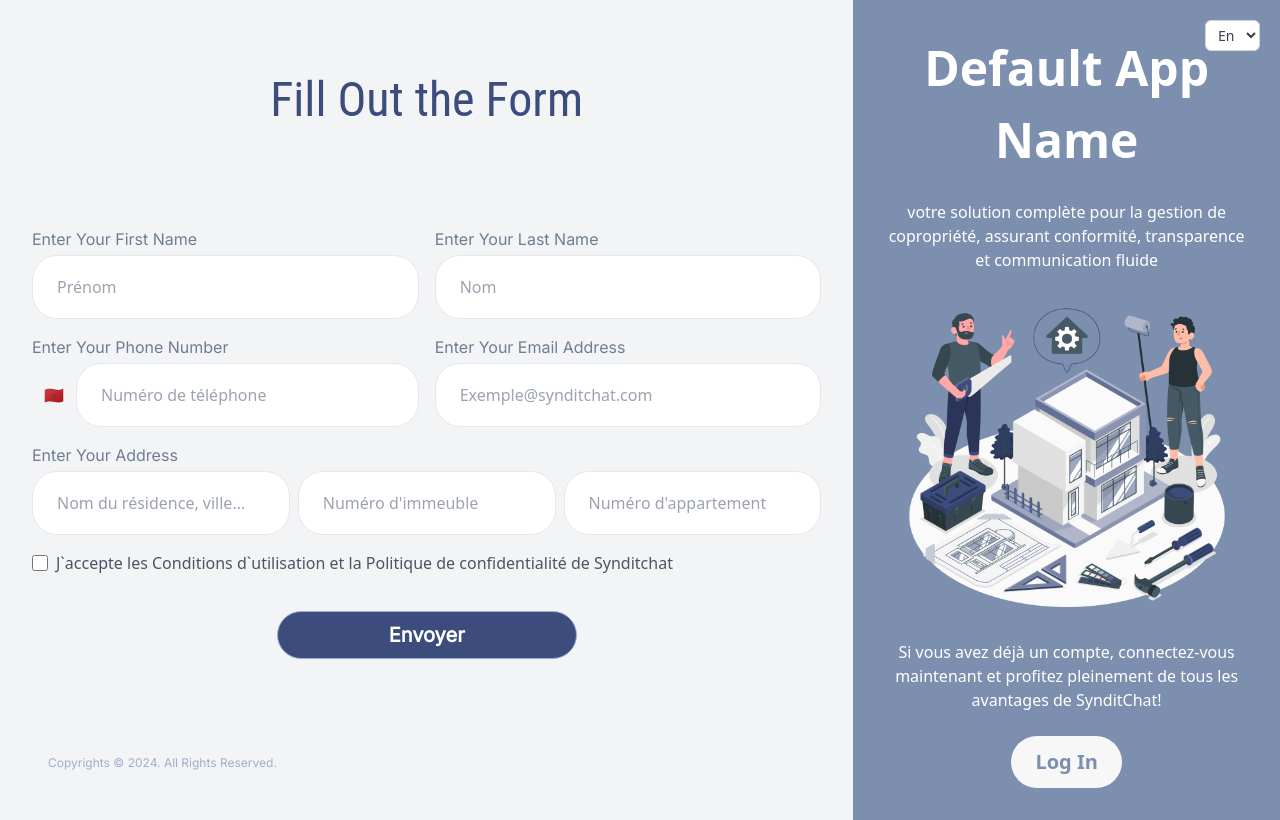
Repository: idir2023/Syndicat-amine
Page: http://localhost/inscription
These files come from the project's save history. The page is drawn as it stood at one moment and after the next save; the edit follows.
The browser window is 1280 px wide. The pictures show the whole page.
Some web libraries are served in a nearby version. The page is served by the project's Laravel application, run on PHP 8.4 with Laravel 12. Other server files are loaded and not shown. Queries for data that is not in the repository find no rows.

Above is the page before, as saved 2024-10-13 11:07:26.

### app/Providers/AppServiceProvider.php
<?php

namespace App\Providers;

use App\Models\Parameter;
use App\Models\Residence;
use Illuminate\Support\Facades\View;
use Illuminate\Support\ServiceProvider;
use Illuminate\Support\Facades\App;
use Illuminate\Support\Facades\Session;

class AppServiceProvider extends ServiceProvider
{
    /**
     * Register any application services.
     */
    public function register(): void
    {
        //
    }

    /**
     * Bootstrap any application services.
     */
    public function boot()
    {
        App::setLocale(Session::get('locale', config('app.locale')));

        // Retrieve the parameters from the database (you can limit to one or handle multiple rows)
        $parameters = Parameter::first();

        // Guard if there are no parameters
        if ($parameters) {
            // Share the parameters with all views if found
            View::share('appParameters', $parameters);
        } else {
            // Optionally, you can share default values if no parameters exist
            View::share('appParameters', (object)[
                'logo' => 'default-logo.png', // Default logo path
                'app_name' => 'Default App Name' // Default app name
            ]);
        }

    }
}

### app/Models/Parameter.php
<?php

namespace App\Models;

use Illuminate\Database\Eloquent\Factories\HasFactory;
use Illuminate\Database\Eloquent\Model;

class Parameter extends Model
{
    use HasFactory;

    protected $fillable = [
        'logo',
        'app_name',
        'copyright',
        'facebook_link',
        'twitter_link',
        'linkedin_link',
        'instagram_link',
    ];
}

### routes/web.php
<?php

use Illuminate\Support\Facades\Route;
use App\Http\Controllers\UserController;
use App\Http\Controllers\EventController;
use App\Http\Controllers\TchatController;
use App\Http\Controllers\InfocomController;
use App\Http\Controllers\ProfileController;
use App\Http\Controllers\ReglageController;
use App\Http\Controllers\DashbordController;
use App\Http\Controllers\DocumentController;
use App\Http\Controllers\CalendrieController;
use App\Http\Controllers\ResidenceController;
use App\Http\Controllers\InventaireController;
use App\Http\Controllers\InvitationController;
use App\Http\Controllers\RegelementController;
use App\Http\Controllers\CommentaireController;
use App\Http\Controllers\ReclamationController;
use App\Http\Controllers\FormRegisterController;
use App\Http\Controllers\GroupController;
use App\Http\Controllers\LocaleController;
use App\Http\Controllers\ParameterController;
use Illuminate\Support\Facades\Request;
use App\Http\Middleware\EnsureAuthenticated;

// });

// Route::get('/dashboard', function () {
//     return view('dashboard');
// })->name('dashboard');

Route::post('/parameter',[ParameterController::class,'updateParameters'])->name('parameters.upadate');


Route::get(
    '/index',
    [DashbordController::class, 'index']
)->name('index');

Route::post('/locale', LocaleController::class)->name('locale.change');

Route::get('/language-form', [LocaleController::class, 'showLanguageForm'])->name('locale.form');

Route::prefix('/dashboard')->group(function () {
    Route::get('/', [DashbordController::class, 'index'])->name('dashboard.index');
    Route::get('/{residence}', [DashbordController::class, 'getDashbord'])->name('dashboard.residence');
});

Route::prefix('/infocom')->group(function () {
    // Route to list all InfoComs
    Route::get('/', [InfocomController::class, 'index'])->name('infocom.index');
    // Route to store InfoCom (no need to prefix /infocom)
    Route::post('/store', [InfocomController::class, 'store'])->name('infocom.store');
    // Route to get InfoCom for a specific residence
    Route::get('/{residence}', [InfocomController::class, 'getInfocom'])->name('infocom.residence');
});

Route::get('/inscription', [FormRegisterController::class, 'index'])->name('formRegister');
Route::post('/inscription', [FormRegisterController::class, 'submit'])->name('formRegister');

Route::get('/tchat', [TchatController::class, 'index'])->name('tchat.index');


Route::prefix('/inventaire')->group(function () {
    Route::get('/', [InventaireController::class, 'index'])->name('inventaire.index');
    Route::post('/', action: [InventaireController::class, 'store'])->name('inventaire.store');
    Route::get('/{residence}', [InventaireController::class, 'getInventaire'])->name('inventaire.residence');
    Route::put('/update/{id}', [InventaireController::class, 'update'])->name('inventaire.update');
});

// Route::get('/reglages', [ReglageController::class, 'index'])->name('reglages.index');
Route::get('/reglages/{residence}', [ReglageController::class, 'show'])->name('reglages.show');
Route::delete('/deleteUser/{id}', [UserController::class, 'destroy'])->name('users.destroy');
Route::put('/updateUser/{id}', [UserController::class, 'update'])->name('user.update');




Route::get('/calendrie', [CalendrieController::class, 'index'])->name('calendrie.index');

// Route::get('/regelement', [ResidenceController::class, ''])->name('regelement.');
Route::get('/residence/{id}', [ResidenceController::class, 'fetchResidence'])->name('residence.fetch');
// active residence
Route::put('/residence/{id}/update-status', [ResidenceController::class, 'updateStatus'])->name('residence.update-status');


// Route::get('/regereclamationlement', [ResidenceController::class, ''])->name('regelement.');
Route::get('/residence/{id}', [ResidenceController::class, 'fetchResidence'])->name('residence.fetch');
Route::post('/residence/store', [ResidenceController::class, 'store'])->name('residence.store');

Route::get('/regelement', [ResidenceController::class, 'index'])->name('regelement.index');
Route::get('/regelement/{residence}', [ResidenceController::class, 'show'])->name('regelement.show');
Route::get('/regelement/{residence}/edit', [ResidenceController::class, 'edit'])->name('regelement.edit');
Route::post('/regelement/update/{id}', [ResidenceController::class, 'update'])->name('regelement.update');

// Route::resource('regelements', RegelementController::class);

// Register form
// Route::get('/inscription', [ResidenceController::class, 'show'])->name('formRegister');
Route::get('/inscription', [FormRegisterController::class, 'index'])->name('formRegister');
Route::post('/inscription', [FormRegisterController::class, 'submit'])->name('formRegister');

Route::post('/Admin/users/store', [InvitationController::class, 'store'])->name('Admin.users.store');
Route::get('/inscription-termine', [UserController::class, 'index'])->name('register.user');
Route::post('/inscription-termine', [UserController::class, 'store'])->name('register.user.store');


// ::::::::::::::::::::::::::::::::::::::::::::::::::::::::::::::::::::::::::::::::::::::::::::::::::::::::::::::


Route::get('/get-contacts', [UserController::class, 'getContacts']);
// Route for searching contacts
Route::get('/contacts/search', [UserController::class, 'searchContacts'])->name('contacts.search');

Route::get('/contacts/get-group', [UserController::class, 'getGroup'])->name('getGroup');
Route::post('/create-group', [GroupController::class, 'createGroup'])->name('chatify.createGroup');
Route::post('/send-group-message', [GroupController::class, 'sendGroupMessage'])->name('chatify.sendGroupMessage');
Route::post('/get-group-users', [GroupController::class, 'getGroups'])->name('chatify.getGroups');

// :::::::::::::::::::::::::::::::::::::::::::::::::::::::::::::::::::::::::::::::::::::::::::::::::::::::::::::::::

Route::group(['prefix' => '/calendar'], function () {
    Route::get('/', [CalendrieController::class, 'index'])->name('events.index');
    Route::get('/{residence}', [CalendrieController::class, 'show'])->name('events.index');
    Route::post('/store', [CalendrieController::class, 'store'])->name('events.store');
    // Fetch events by date
    Route::post('/fetch-by-date', [CalendrieController::class, 'fetchEventsByDate'])->name('events.fetchByDate');

    // Route::get('/{event}', [CalendrieController::class, 'show'])->name('events.show');
    Route::put('/edit', [CalendrieController::class, 'update'])->name('events.update');
    Route::delete('/{event}', [CalendrieController::class, 'destroy'])->name('events.destroy');

    // Additional routes for specific functionalities can be added here
    // For example, add a route for comments on events
    // Route::post('/comment', [CommentController::class, 'store'])->name('comments.store');
});


// Route::resource('regelements', RegelementController::class);


Route::group(['prefix' => '/reclamation'], function () {
    Route::get('', [ReclamationController::class, 'index'])->name('reclamations');
    Route::post('', [ReclamationController::class, 'store'])->name('reclamations.store');
    Route::get('/{residence}', [ReclamationController::class, 'getReclamations'])->name('reclamations.residence');
    //add comment
    Route::post('/commentaire', [CommentaireController::class, 'store'])->name('commentaires.store');
});

Route::group(['prefix' => '/document'], function () {
    Route::get('', [DocumentController::class, 'index'])->name('document.index');
    Route::post('', [DocumentController::class, 'store'])->name('document.store');
    Route::get('/{residence}', [DocumentController::class, 'getDocument'])->name('document.residence');
    Route::post('', [DocumentController::class, 'store'])->name('document.store');

    Route::get('type/{type}/{residence}', [DocumentController::class, 'show_type'])->name('document.type');
});



Route::middleware('auth')->group(function () {
    Route::get('/profile', [ProfileController::class, 'edit'])->name('profile.edit');
    Route::patch('/profile', [ProfileController::class, 'update'])->name('profile.update');
    Route::delete('/profile', [ProfileController::class, 'destroy'])->name('profile.destroy');
});

require __DIR__ . '/auth.php';

### app/Http/Controllers/LocaleController.php
<?php

namespace App\Http\Controllers;

use Illuminate\Http\Request;
use Illuminate\Support\Facades\App;
use Illuminate\Support\Facades\Session;
use Illuminate\Support\Facades\File;

class LocaleController extends Controller
{
    public function __invoke(Request $request)
    {
        $locale = $request->input('locale');

        if (in_array($locale, ['en', 'ar', 'fr', 'es', 'de', 'it'])) {
            Session::put('locale', $locale);
            App::setLocale($locale);
        }

        return redirect()->back();
    }
    public function change(Request $request)
    {
        $locale = $request->input('locale');

        // Store the selected locale in the session
        Session::put('locale', $locale);

        // Change the application locale
        App::setLocale($locale);

        // Redirect back to the previous page or a specific route
        return redirect()->back();
    }




}

### app/Http/Controllers/FormRegisterController.php
<?php

namespace App\Http\Controllers;

use App\Mail\FormSubmissionMail;
use App\Models\User;
use Illuminate\Http\Request;
use Illuminate\Support\Facades\Mail;

class FormRegisterController extends Controller
{
    public function index()
    {
        return view('auth.formRegister.formRegister');
    }
    public function submit(Request $request)
    {
        $data = $request->validate([
            'first_name' => 'required|string|max:255',
            'last_name' => 'required|string|max:255',
            'phone' => 'required|string|max:15',
            'email' => 'required|email|max:255',
            'address' => 'required|string|max:255',
            'building_number' => 'nullable|string|max:50',
            'apartment_number' => 'nullable|string|max:50',
            'terms' => 'required|accepted',
        ]);

        // // Retrieve the email address of the first Super Admin
        // $Super AdminEmail = User::role('Super Admin')->pluck('email')->first();

        // // Retrieve the email addresses of all Admins
        // $AdminEmails = User::role('Admin')->pluck('email')->toArray();

        // // Combine the Super Admin email with the Admin emails
        // $recipients = array_merge([$Super AdminEmail], $AdminEmails);
        // // dd($recipients);

        // // Send the email to multiple recipients
        // Mail::to($recipients)->send(new FormSubmissionMail($data));

        // Send the email
        Mail::to('izamine2000@gmail.com')->send(new FormSubmissionMail($data));

        // Redirect or return response
        return back()->with('success', 'Form submitted successfully!');
    }
}

### resources/lang/en.json
{
    "Objet de votre déclaration": "Subject of your declaration",
    "Envoyer": "Send",
    "Ajouter Votre Déclaration": "Add Your Declaration",
    "Choisissez Type de Déclaration": "Choose Declaration Type",
    "nuisance": "Nuisance",
    "sinistre": "Incident",
    "Entrez l’objet de votre déclaration": "Enter the subject of your declaration",
    "Entrez le lieu": "Enter the location",
    "Descrivez déclaration": "Describe your declaration",
    "Objet de votre déclaration": "Subject of your declaration",
    "Envoyer": "Send",
    "Ajouter Votre Déclaration": "Add Your Declaration",
    "Descrivez déclaration": "Describe your declaration",
    "Entrez le lieu": "Enter the location",
    "Sinistre & Nuisance": "Sinistre & Nuisance",
    "Entrez l’objet de votre déclaration": "Enter the subject of your declaration",
    "Objet de votre déclaration": "Subject of your declaration",
    "Centenu de votre déclaration": "Content of your declaration",
    "Exemple: Immeuble D": "Example: Building D",
    "Info’Com": "Info’Com",
    "Appartement": "Apartment",

    "Login": "Login",
    "Log Out": "Log Out",

    "name": "Name",
    "email": "Email",
    "password": "Password",
    "confirm_password": "Confirm Password",
    "remember_me": "Remember Me",
    "forgot_password": "Forgot Your Password?",
    "login": "Login",
    "register": "Register",
    "register_now": "Register Now",
    "logout": "Logout",
    "dashboard": "Dashboard",
    "home": "Home",
    "profile": "Profile",

    "Règlement": "Regulation",
    "Réglements": "Settings",
    "Sinistre & Nuisance": "Incident & Nuisance",
    "Mes_documents": "My Documents",
    "InfoCom": "InfoCom",
    "Tchat": "Chat",
    "Inventaire": "Inventory",
    "Calendrier": "Calendar",

    "Residence": "Residence",
    "Useful Contacts": "Useful Contacts",
    "Manager": "Manager",
    "Address": "Address",
    "Role": "Role",
    "Phone": "Phone",
    "No users found.": "No users found.",
    "Building": "Building",
    "Apartment": "Apartment",

    "Super Admin": "Super Administrator",
    "Admin": "Administrator",
    "Manager": "Manager",
    "Manager principal": "Senior Manager",
    "Propriétaire": "Owner",
    "Résident": "Résident",

    "Ajouter utilisateur": "Add User",
    "Ajouter Admin": "Add Admin",
    "Manager": "Manager",
    "ADRESSE": "Address",
    "TELEPHONE": "Phone",
    "ACTION": "Action",
    "Supprimer": "Delete",
    "Prénom": "First Name",
    "Immeuble": "Building",
    "Numéro de Téléphone": "Phone Number",
    "Save": "Save",
    "Profil": "My Profile",

    "Add Event": "Add Event +",
    "Add": "Add",
    "Add Event Title": "Add Event Title",
    "Enter Event": "Enter Event",
    "Start": "Start",
    "End": "End",
    "Add Note": "Add Note",

    "Filter": "Filter",
    "SelectRecipient": "Select Recipient",
    "EnterTitle": "Enter Title",
    "EnterDescription": "Enter Description",
    "ExampleTitle": "Example: Water outage scheduled on: 23/07/2024",
    "ExampleDescription": "Example: We invite all Résidents to take the necessary precautions...",

    "ReglementInterieurTitle": "Internal Rules of Residence :nomResidence",
    "EditButton": "Edit",

    "Ajouter un utilisateur": "Add a User",
    "Résidence": "Residence",
    "Role": "Role",
    "EnterUserEmail": "Enter User Email",
    "ExampleEmail": "Example@synditchat.com",
    "Jour_entier": "All Day",

    "ajouter_document": "Add Document",
    "Sélectionnez_document_type": "Select Document Type",
    "Compte rendu": "Report",
    "Facture et devis": "Invoice and Quotation",
    "Autres": "Others",
    "Entrez_le_titre": "Enter the Title",
    "Titre_du_document": "Document Title",
    "Importez_le_document": "Upload the Document",
    "Importer_votre_fichier": "Upload Your File",
    "Ajouter_un_commentaire": "Add a Comment",
    "Ajoutez_un_commentaire": "Add a Comment",
    "all_documents": "All Documents",
    "Active": "Activate",
    "Inactive": "Inactivate",
    "Ajouter Résidence": "Add Residence",
    "Saisir nom": "Enter Name",
    "Enregistrer": "Save",
    "Nom du résidence": "Residence Name",
    "Sinistres et Nuisances Déclarés au Sein de la Résidence": "Incidents & Nuisances Reported in the Residence",
    "Ajouter un commentaire": "Add a Comment",
    "Centenu de votre commentaire": "Comment Content",
    "Upload": "Upload",
    "Upload Language File": "Upload Language File",
    "Janvier": "January",
    "Février": "February",
    "Mars": "March",
    "Avril": "April",
    "Mai": "May",
    "Juin": "June",
    "Juillet": "July",
    "Août": "August",
    "Septembre": "September",
    "Octobre": "October",
    "Novembre": "November",
    "Décembre": "December",
    "Monday": "Monday",
    "Tuesday": "Tuesday",
    "Wednesday": "Wednesday",
    "Thursday": "Thursday",
    "Friday": "Friday",
    "Saturday": "Saturday",
    "Sunday": "Sunday",
    "Upload Language File": "Upload Language File",
    "Paramètres du site": "Site Parameters",
    "Entrez le nom du site": "Enter Site Name",
    "Entrez le nom du copyright": "Enter Copyright Name",
    "Télécharger le logo": "Upload Logo",
    "Lien Facebook": "Facebook Link",
    "Lien Twitter": "Twitter Link",
    "Lien LinkedIn": "LinkedIn Link",
    "Lien Instagram": "Instagram Link",
    "Télécharger le fichier JSON de langue": "Upload JSON lan",
    "Mettre à jour les paramètres": "Update parameter",
    "Caractéristiques du site": "Website Characteristics",
    "Ajouter un commentaire": "Add a Comment",
    "Contenu de votre commentaire": "Comment Content",
    "Télécharger": "Upload",
    "Télécharger le fichier de langue": "Upload Language File",
    "Filtrer": "Filter",
    "Options de Filtrage": "Filter Options",
    "Trier par Nom (A-Z)": "Sort by Name (A-Z)",
    "Trier par Nom (Z-A)": "Sort by Name (Z-A)",
    "Trier par Date (Plus récent)": "Sort by Date (Newest)",
    "Trier par Date (Plus ancien)": "Sort by Date (Oldest)",
    "Rechercher par nom": "Search by Name",
    "Rechercher par titre": "Search by title",
    "Rechercher": "Search",
    "Fermer": "Close",
    "Mettre à jour les paramètres": "Update Parameters",
    "Votre solution complète pour la gestion de copropriété, assurant conformité, transparence et communication fluide": "Your complete solution for property management, ensuring compliance, transparency, and smooth communication",
    "Si vous n'avez pas de compte, remplissez dès maintenant le formulaire d'inscription et simplifiez la gestion de votre copropriété": "If you don't have an account, fill out the registration form now and simplify the management of your property",
    "Remplir le formulaire": "Fill out the form",
    "Se Connecter": "Log In",
    "Entrez Votre E-mail": "Enter Your Email",
    "Entrez Votre Mot de passe": "Enter Your Password",
    "Restez connecté": "Stay connected",
    "Mot de passe oublié ?": "Forgot your password?",
    "Connexion": "Log In",
    "Erreur de connexion": "Login Error",
    "Votre compte résidence est actuellement inactif et vous ne pouvez pas vous connecter. Veuillez contacter le personnel de votre résidence pour plus d'informations.": "Your residence account is currently inactive, and you cannot log in. Please contact your residence staff for more information.",
    "Your complete solution for managing co-ownership, ensuring compliance, transparency, and smooth communication": "Your complete solution for managing co-ownership, ensuring compliance, transparency, and smooth communication",
    "If you don’t have an account, fill out the registration form now and simplify the management of your co-ownership": "If you don’t have an account, fill out the registration form now and simplify the management of your co-ownership",
    "Fill out the form": "Fill out the form",
    "Log in": "Log in",
    "Enter your email": "Enter your email",
    "Enter your password": "Enter your password",
    "Stay connected": "Stay connected",
    "Forgot your password?": "Forgot your password?",
    "Log in": "Log in",
    "Connection error": "Connection error",
    "Your residence account is currently inactive, and you cannot log in. Please contact your residence staff for further information.": "Your residence account is currently inactive, and you cannot log in. Please contact your residence staff for further information.",
    "Il s'agit d'une zone sécurisée de l'application. Veuillez confirmer votre mot de passe avant de continuer":"This is a secure area of the application. Please confirm your password before continuing",
    "vous avez oublié votre mot de passe ?":"forgot your password?",
    "Réinitialiser le mot de passe":"Reset Password",
    "Remplir le Formulaire": "Fill Out the Form",
    "Entrez Votre Prénom": "Enter Your First Name",
    "Entrez Votre Nom": "Enter Your Last Name",
    "Entrez Votre Numéro de téléphone": "Enter Your Phone Number",
    "Entrez Votre Adresse E-mail": "Enter Your Email Address",
    "Entrez Votre Adresse": "Enter Your Address",
    "J'accepte les Conditions d'utilisation et la Politique de confidentialité de Synditchat": "I accept the Terms of Use and Privacy Policy of Synditchat",
    "Envoyer": "Submit",
    "Copyrights © {{date}}. All Rights Reserved.": "Copyrights © {{date}}. All Rights Reserved.",
    "votre solution complète pour la gestion de copropriété, assurant conformité, transparence et communication fluide": "your complete solution for property management, ensuring compliance, transparency, and smooth communication",
    "Si vous avez déjà un compte, connectez-vous maintenant et profitez pleinement de tous les avantages de SynditChat!": "If you already have an account, log in now and enjoy all the benefits of SynditChat!",
    "Se connecter": "Log In",
    "Félécitation !": "Congratulations!"
}

Loaded but not shown: app/Http/Controllers/Controller.php (common file); routes/auth.php (common file); app/Http/Controllers/Auth/EmailVerificationPromptController.php (common file); app/Http/Controllers/Auth/VerifyEmailController.php (common file); resources/views/auth/formRegister/formRegister.blade.php (268 lines, source omitted)

After the next save:
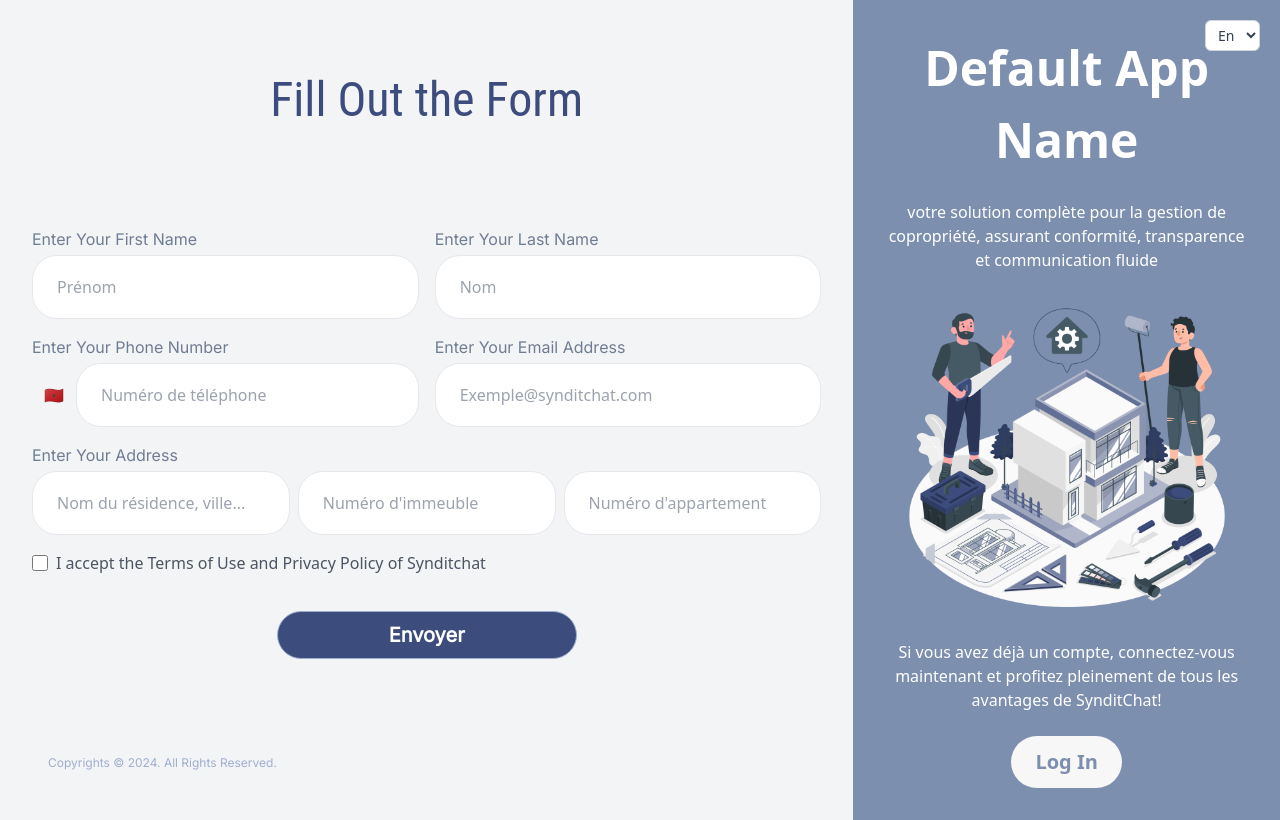
Saved 41 s later.
--- a/resources/lang/en.json
+++ b/resources/lang/en.json
@@ -202,7 +202,7 @@
     "Entrez Votre Numéro de téléphone": "Enter Your Phone Number",
     "Entrez Votre Adresse E-mail": "Enter Your Email Address",
     "Entrez Votre Adresse": "Enter Your Address",
-    "J'accepte les Conditions d'utilisation et la Politique de confidentialité de Synditchat": "I accept the Terms of Use and Privacy Policy of Synditchat",
+    "J`accepte les Conditions d`utilisation et la Politique de confidentialité de Synditchat": "I accept the Terms of Use and Privacy Policy of Synditchat",
     "Envoyer": "Submit",
     "Copyrights © {{date}}. All Rights Reserved.": "Copyrights © {{date}}. All Rights Reserved.",
     "votre solution complète pour la gestion de copropriété, assurant conformité, transparence et communication fluide": "your complete solution for property management, ensuring compliance, transparency, and smooth communication",
